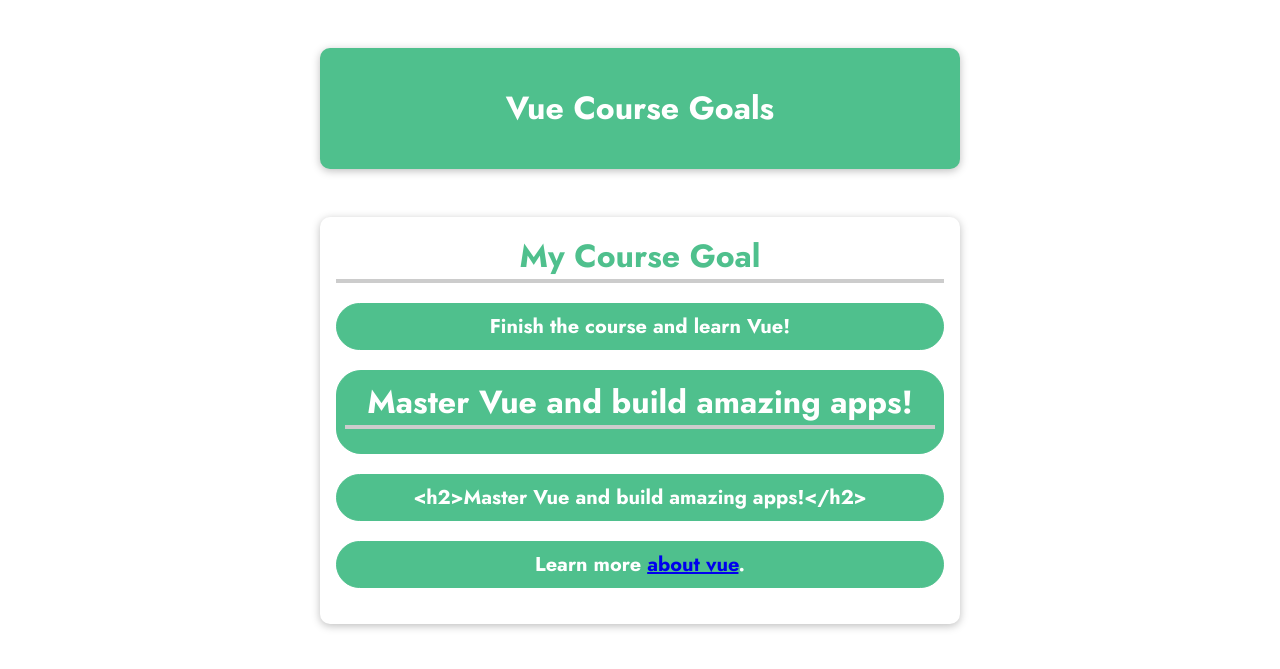
Repository: zmarkoni/Vue-The-Complete-Guide
Page: basics-01-starting-code/index.html
The author's editor kept a copy of each file at every save. The page is drawn from the files as they stood at one save, then again after a run of saves.
The browser window is 1280 px wide. The pictures show the whole page.

Above is the page before, as saved 2020-12-29 10:29:59.

### basics-01-starting-code/index.html
<!DOCTYPE html>
<html lang="en">
  <head>
    <meta charset="UTF-8" />
    <meta name="viewport" content="width=device-width, initial-scale=1.0" />
    <title>Vue Basics</title>
    <link
      href="https://fonts.googleapis.com/css2?family=Jost:wght@400;700&display=swap"
      rel="stylesheet"
    />
    <link rel="stylesheet" href="styles.css" />
    <script src="https://unpkg.com/vue@next" defer></script>
    <script src="app.js" defer></script>
  </head>
  <body>
    <header>
      <h1>Vue Course Goals</h1>
    </header>
    <section id="user-goal">
      <h2>My Course Goal</h2>
      <p v-html="outputGoal()"></p>
      <p v-html="courseGoalB"></p>
      <p>{{ outputGoal() }}</p>
      <p>Learn more <a v-bind:href="vueLink" target="_blank">about vue</a>.</p>
    </section>
  </body>
</html>

### basics-01-starting-code/styles.css
* {
  box-sizing: border-box;
}

html {
  font-family: 'Jost', sans-serif;
}

body {
  margin: 0;
}

header {
  box-shadow: 0 2px 8px rgba(0, 0, 0, 0.26);
  margin: 3rem auto;
  border-radius: 10px;
  padding: 1rem;
  background-color: #4fc08d;
  color: white;
  text-align: center;
  width: 90%;
  max-width: 40rem;
}

#user-goal {
  box-shadow: 0 2px 8px rgba(0, 0, 0, 0.26);
  margin: 3rem auto;
  border-radius: 10px;
  padding: 1rem;
  text-align: center;
  width: 90%;
  max-width: 40rem;
}

#user-goal h2 {
  font-size: 2rem;
  border-bottom: 4px solid #ccc;
  color: #4fc08d;
  margin: 0 0 1rem 0;
}

#user-goal p {
  font-size: 1.25rem;
  font-weight: bold;
  border: 1px solid #4fc08d;
  background-color: #4fc08d;
  color: white;
  padding: 0.5rem;
  border-radius: 25px;
}

#user-goal p h2 {
  color: white;
}

#user-goal input {
  font: inherit;
  border: 1px solid #ccc;
}

#user-goal input:focus {
  outline: none;
  border-color: #1b995e;
  background-color: #d7fdeb;
}

#user-goal button {
  font: inherit;
  cursor: pointer;
  border: 1px solid #ff0077;
  background-color: #ff0077;
  color: white;
  padding: 0.05rem 1rem;
  box-shadow: 1px 1px 2px rgba(0, 0, 0, 0.26);
}

#user-goal button:hover,
#user-goal button:active {
  background-color: #ec3169;
  border-color: #ec3169;
  box-shadow: 1px 1px 4px rgba(0, 0, 0, 0.26);
}

### basics-01-starting-code/app.js
const app = Vue.createApp({
    data() {
        return {
			courseGoalA: 'Finish the course and learn Vue!',
			courseGoalB: '<h2>Master Vue and build amazing apps!</h2>',
			courseGoalC: '<h2>Master Vue and build amazing apps!</h2>',
			vueLink: 'https://vuejs.org/',
		};
    },
    methods: {
        outputGoal() {
            const randomNumber = Math.random();
            if (randomNumber < 0.5 ) {
                return this.courseGoalA;
            } else {
                return this.courseGoalB;
            }
        }
    }
});
app.mount('#user-goal');

After the next 2 saves:
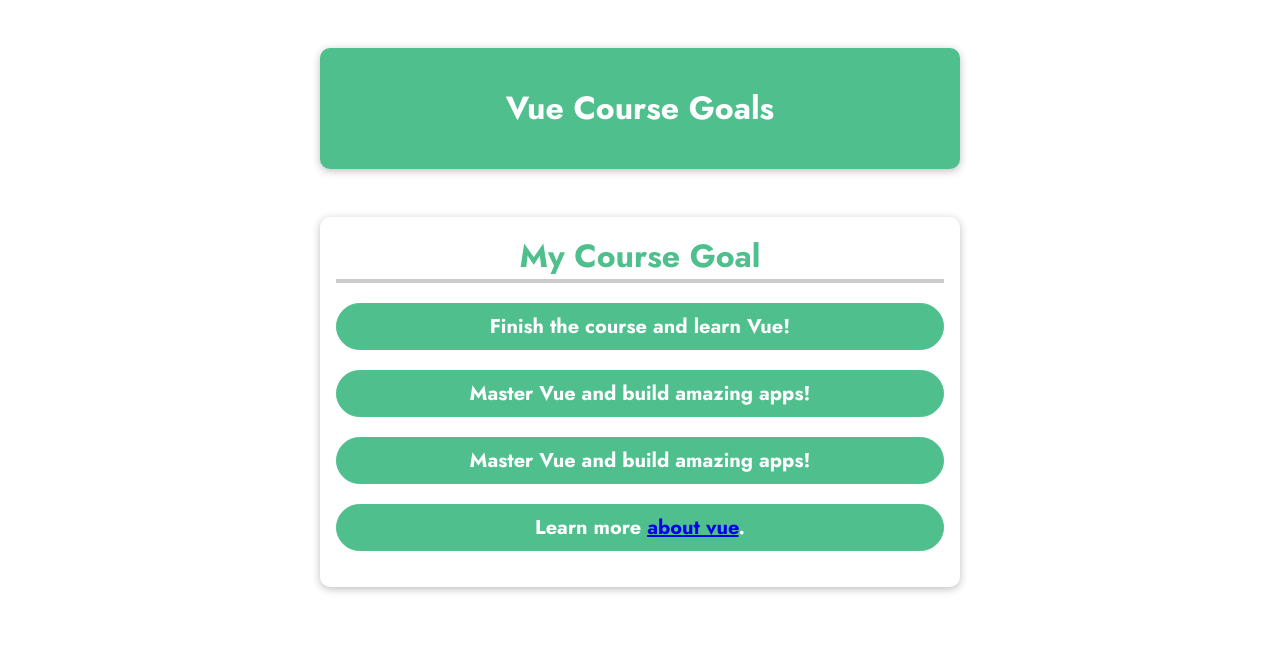
The 2 saves are shown as one change because they came seconds apart.
The last was saved 6 s later.
--- a/basics-01-starting-code/app.js
+++ b/basics-01-starting-code/app.js
@@ -2,7 +2,7 @@ const app = Vue.createApp({
     data() {
         return {
 			courseGoalA: 'Finish the course and learn Vue!',
-			courseGoalB: '<h2>Master Vue and build amazing apps!</h2>',
+			courseGoalB: 'Master Vue and build amazing apps!',
 			courseGoalC: '<h2>Master Vue and build amazing apps!</h2>',
 			vueLink: 'https://vuejs.org/',
 		};
